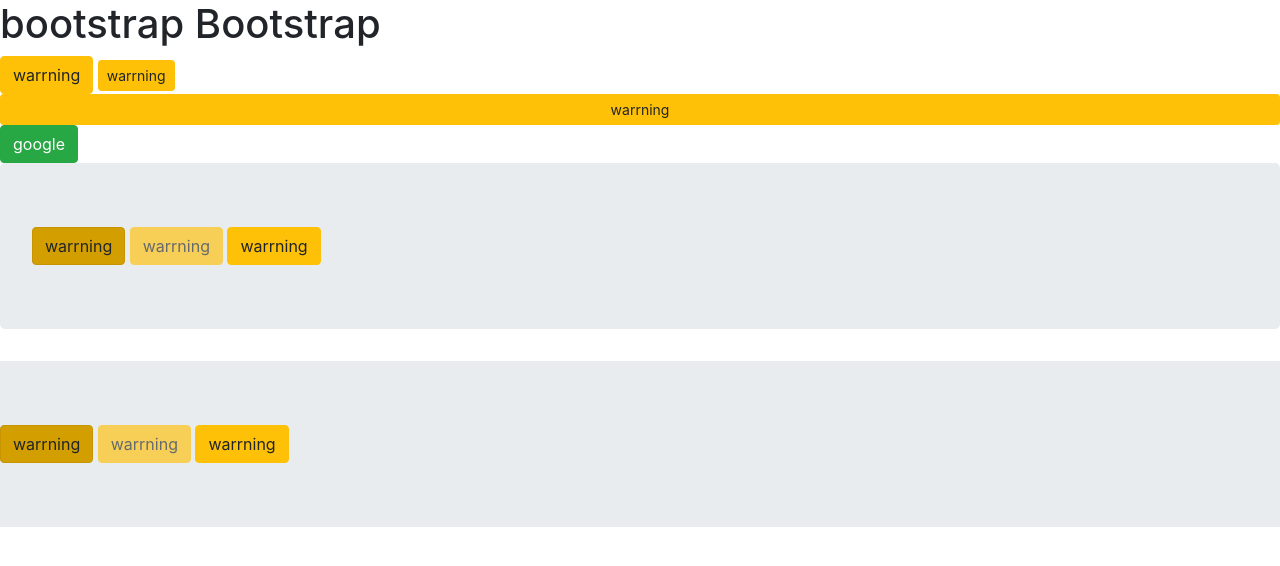
Repository: Mietlicha/exercise2
Page: index.html
These files come from the project's save history. The page is drawn as it stood at one moment and after the next save; the edit follows.
The browser window is 1280 px wide. The pictures show the whole page.

Above is the page before, as saved 2019-10-22 17:17:41.

After the next save:
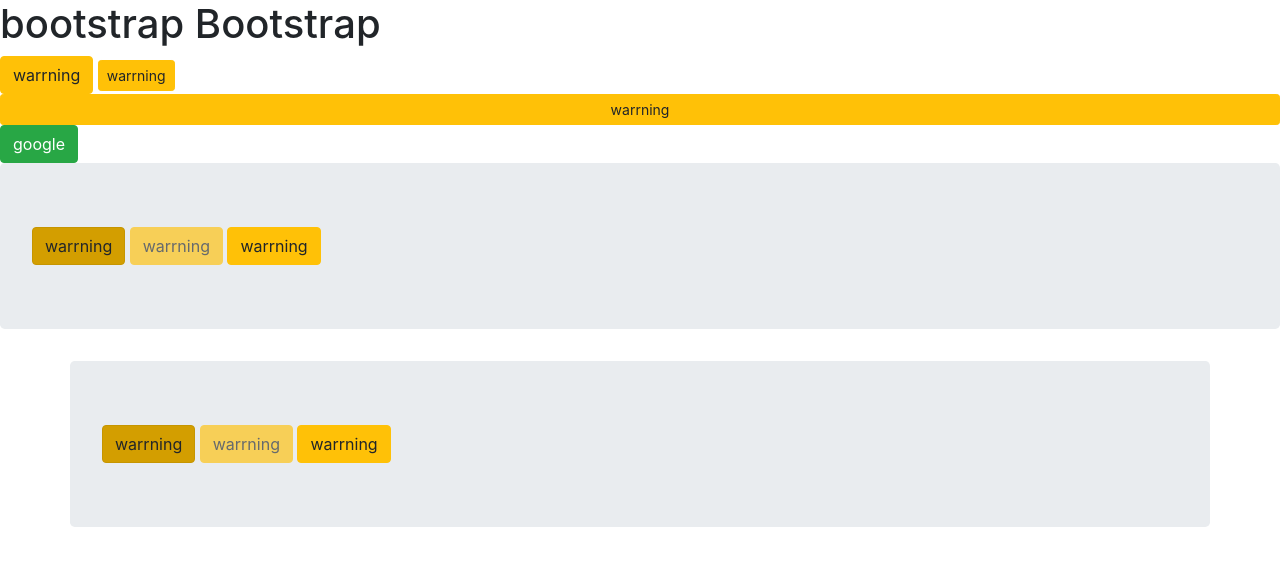
Saved 63 s later.
--- a/index.html
+++ b/index.html
@@ -19,7 +19,7 @@
     <button class="btn btn-warning" disabled>warrning</button>
     <button class="btn btn-warning">warrning</button>
     </div>
-     <div class="jumbotron jumbotron-fluid">
+     <div class="jumbotron container">
     <button class="btn btn-warning active">warrning</button>
     <button class="btn btn-warning" disabled>warrning</button>
     <button class="btn btn-warning">warrning</button>
